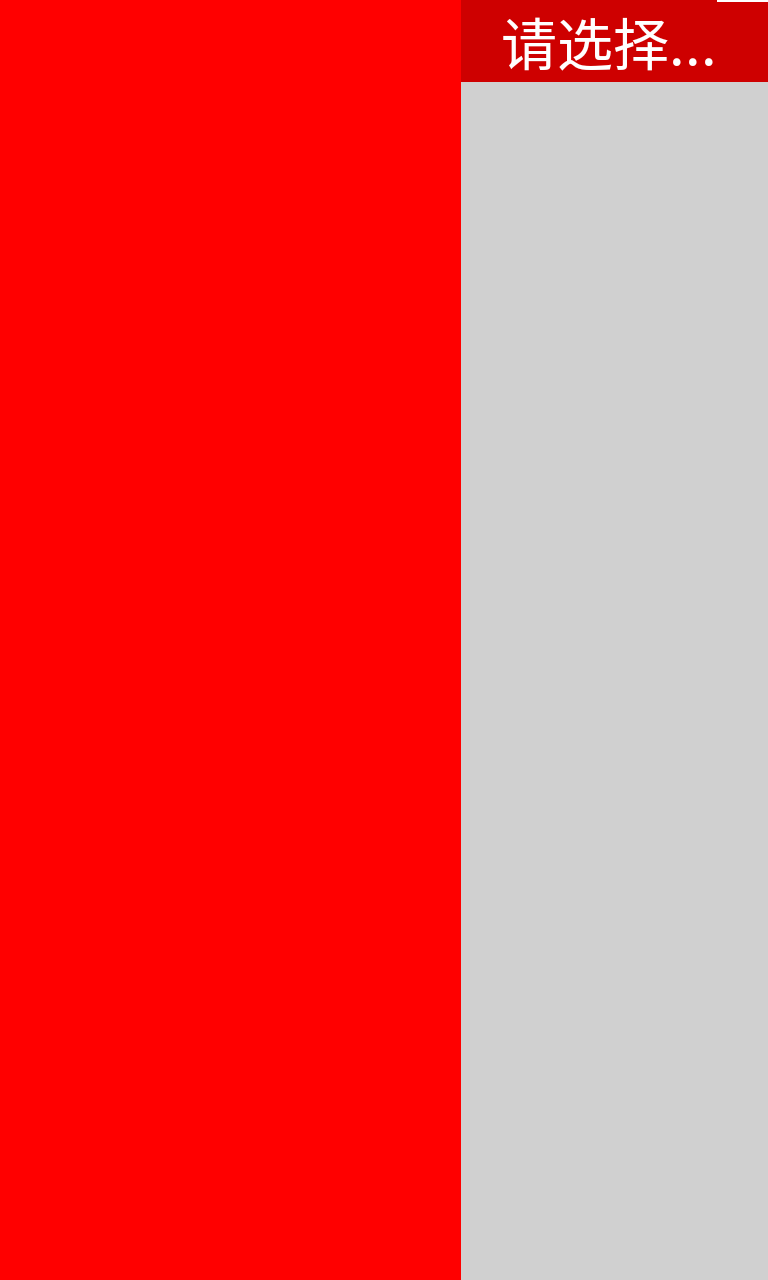
Repository: hhxiaojQCS/QCS_ListView
Layout: QCS/res/layout/activity_filter.xml
An editor plug-in stored every save of this project. The layout is shown before and after the next save, followed by the edit.
It is drawn on a 768 x 1280 px phone screen (xhdpi) without system bars, with theme AppTheme; the app's code is not run. Lists and similar views that code fills are empty.

Above is the layout before, as saved 2013-08-07 08:01:31.

### QCS/res/layout/activity_filter.xml
<?xml version="1.0" encoding="utf-8"?>
<LinearLayout xmlns:android="http://schemas.android.com/apk/res/android"
    android:id="@+id/lilay01"
    android:layout_width="fill_parent"
    android:layout_height="fill_parent"
    android:background="#d0d0d0"
    android:orientation="horizontal" >

    <LinearLayout
        android:id="@+id/lilay_filter_01"
        android:layout_width="match_parent"
        android:layout_height="match_parent"
        android:layout_weight="4"
        android:background="#FF0000"
        android:orientation="vertical" >
    </LinearLayout>

    <LinearLayout
        android:id="@+id/lilay_filter_02"
        android:layout_width="match_parent"
        android:layout_height="match_parent"
        android:layout_weight="6"
        android:orientation="vertical" >

        <LinearLayout
            android:layout_width="fill_parent"
            android:layout_height="wrap_content"
            android:background="#CE0000"
            android:gravity="left"
            android:orientation="horizontal"
            android:paddingLeft="20dip" >

            <TextView
                android:id="@+id/tv_01"
                android:layout_width="wrap_content"
                android:layout_height="wrap_content"
                android:text="请选择..."
                android:textColor="#FFFFFF"
                android:textSize="28sp" />

            <View
                android:background="#FFFFFF"
                android:layout_width="wrap_content"
                android:layout_height="1dp"
                 />
        </LinearLayout>

        <ListView
            android:id="@+id/lv01"
            android:layout_width="wrap_content"
            android:layout_height="wrap_content" />
    </LinearLayout>

</LinearLayout>

Loaded but not shown: QCS/res/values/styles.xml (common file); QCS/res/values-v11/styles.xml (common file); QCS/res/values-v14/styles.xml (common file)

After the next save:
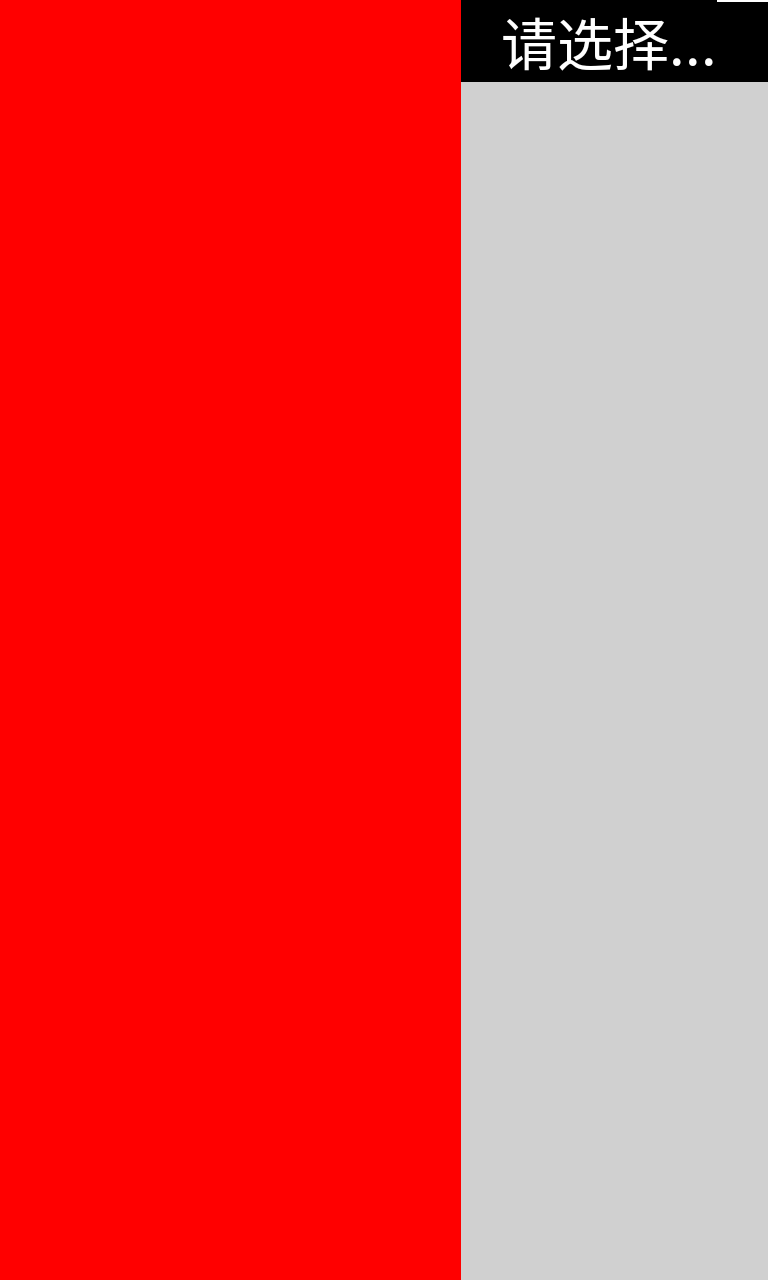
Saved 59 s later.
--- a/QCS/res/layout/activity_filter.xml
+++ b/QCS/res/layout/activity_filter.xml
@@ -25,7 +25,7 @@
         <LinearLayout
             android:layout_width="fill_parent"
             android:layout_height="wrap_content"
-            android:background="#CE0000"
+            android:background="#000000"
             android:gravity="left"
             android:orientation="horizontal"
             android:paddingLeft="20dip" >
